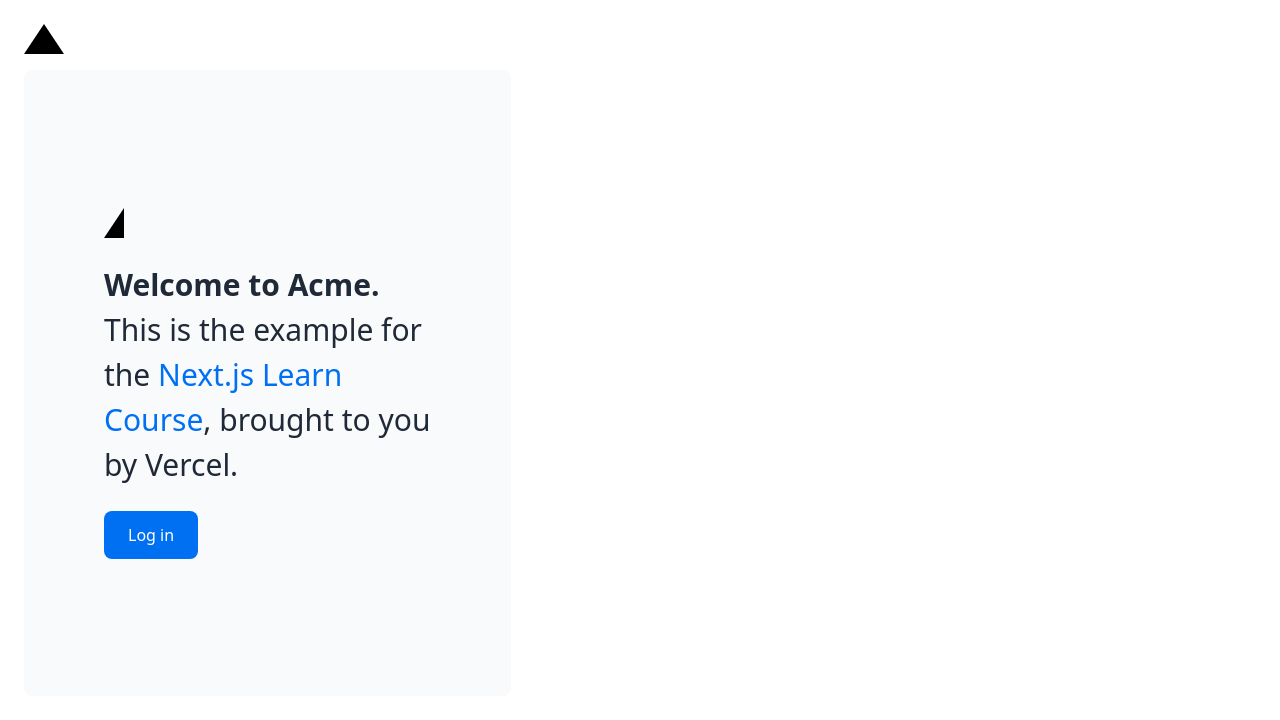
Repository: dev1siWoo/nextjs-dashboard
Page: /
An editor plug-in stored every save of this project. The page is shown before and after a run of saves, followed by the edit.
The browser window is 1280 px wide. The pictures show the whole page.
The project was rebuilt for these pictures with package versions that can differ from the ones it lists, and the page was loaded fresh each time. The framework's server and built-in components were replaced by stand-ins that run in the browser. Also part of the build but not shown: next.config.js.

Above is the page before, as saved 2023-10-27 17:54:56.

After the next 3 saves:
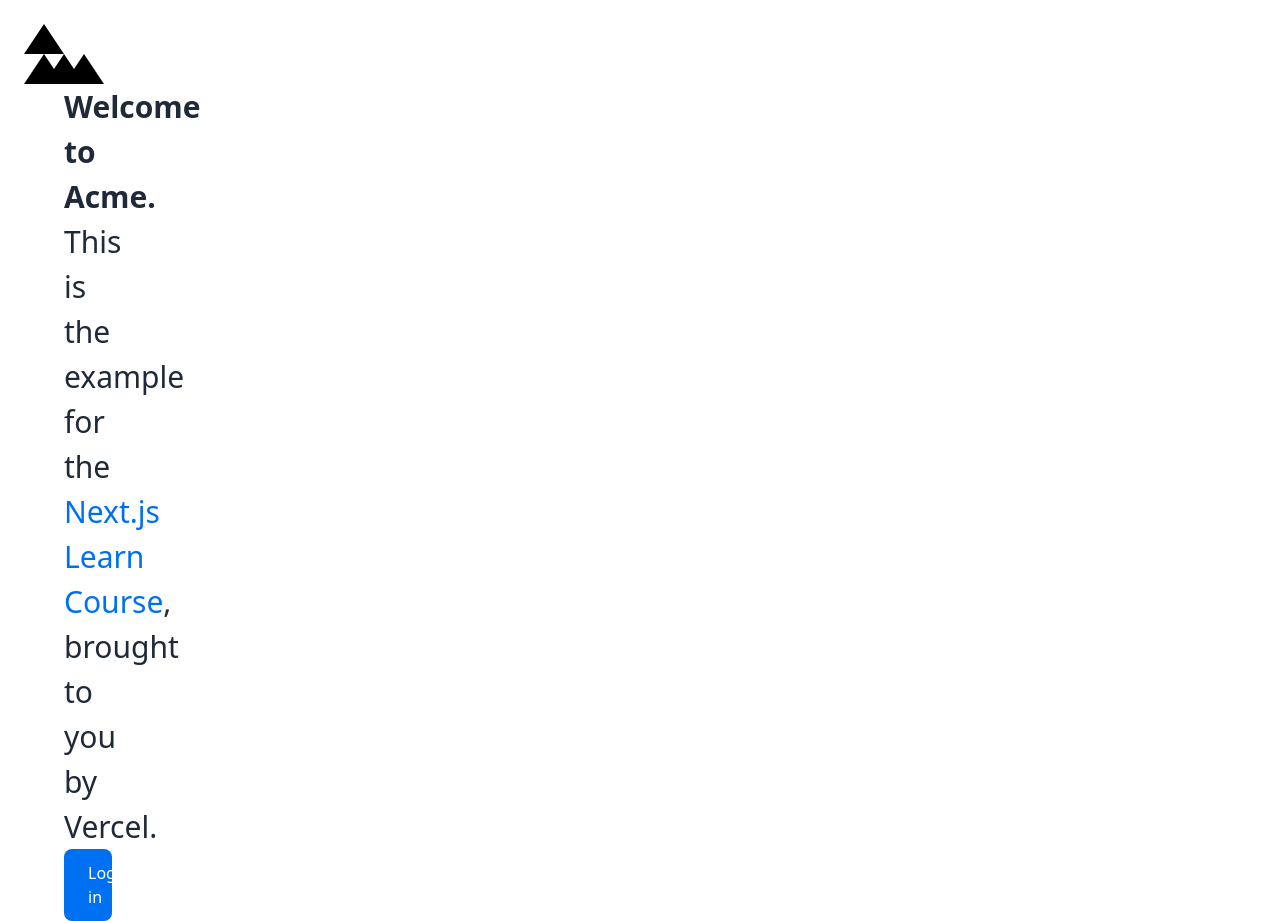
The 3 saves are shown as one change because they came seconds apart.
The last was saved 12 s later.
--- a/app/page.tsx
+++ b/app/page.tsx
@@ -7,9 +7,9 @@
 			<div className={styles.shape}>
 				{/* <AcmeLogo /> */}
 			</div>
-			<div className='mt-4 flex grow flex-col gap-4 md:flex-row'>
-				<div className='flex flex-col justify-center gap-6 rounded-lg bg-gray-50 px-6 py-10 md:w-2/5 md:px-20'>
-					<div className='h-0 w-0 border-b-[30px] border-l-[20px] border-r-[20px border-b-black border-l-transparent border-r-transparent' />
+			<div className={styles.shape}>
+				<div className={styles.shape}>
+					<div className={styles.shape} />
 					<p
 						className={`text-xl text-gray-800 md:text-3xl md:leading-normal`}
 					>
